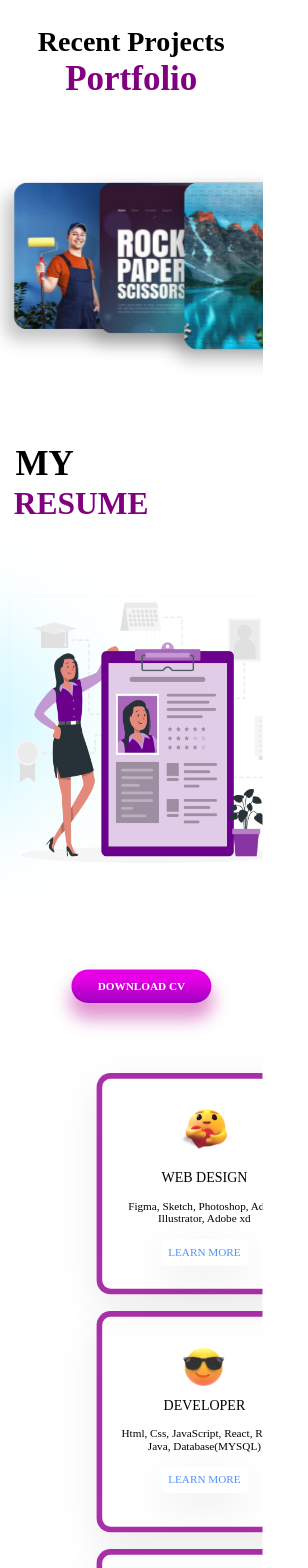
Repository: glorysandy/Protfolio
Page: /
The author's editor kept a copy of each file at every save. The page is drawn from the files as they stood at one save, then again after the next save.
The browser window is 375 px wide. The page is 440 px wide, so the pictures cover 440 px, including what lies to the right of the window. The pictures show the part of the page from y = 4260 to 6500 px (the page is 7423 px tall), at 70% of full size.
Some web fonts or font styles are not loaded; a fallback is used. The project was rebuilt for these pictures with package versions that can differ from the ones it lists, and the page was loaded fresh each time. Imported but missing from the stored project, and not drawn on this page: src/components/Services/SANDHIYA.P (RESUME).pdf.

Above is the page before, as saved 2024-10-17 16:19:54.

### public/index.html
<!DOCTYPE html>
<html lang="en">
  <head>
    <meta charset="utf-8" />
    <link rel="icon" href="%PUBLIC_URL%/favicon.ico" />
    <meta name="viewport" content="width=device-width, initial-scale=1" />
    <meta name="theme-color" content="#000000" />
    <meta
      name="description"
      content="Web site created using create-react-app"
    />
    <style>
      @font-face{
        font-family: Gumela;
        src:url('../src/fonts/*');
      }
      *{
        font-family: 'Gumela';
        font-weight:normal ;
        font-size: 20px;

      }
      body{
        margin: 0;
      }
    </style>
    <link rel="apple-touch-icon" href="%PUBLIC_URL%/logo192.png" />
    <!--
      manifest.json provides metadata used when your web app is installed on a
      user's mobile device or desktop. See https://developers.google.com/web/fundamentals/web-app-manifest/
    -->
    <link rel="manifest" href="%PUBLIC_URL%/manifest.json" />
    <!--
      Notice the use of %PUBLIC_URL% in the tags above.
      It will be replaced with the URL of the `public` folder during the build.
      Only files inside the `public` folder can be referenced from the HTML.

      Unlike "/favicon.ico" or "favicon.ico", "%PUBLIC_URL%/favicon.ico" will
      work correctly both with client-side routing and a non-root public URL.
      Learn how to configure a non-root public URL by running `npm run build`.
    -->
    <title>React App</title>
  </head>
  <body>
    <noscript>You need to enable JavaScript to run this app.</noscript>
    <div id="root"></div>
    <!--
      This HTML file is a template.
      If you open it directly in the browser, you will see an empty page.

      You can add webfonts, meta tags, or analytics to this file.
      The build step will place the bundled scripts into the <body> tag.

      To begin the development, run `npm start` or `yarn start`.
      To create a production bundle, use `npm run build` or `yarn build`.
    -->
  </body>
</html>

### src/components/Navbar/Navbar.jsx
import React from "react";
import Toggle from "../Toggle/Toggle";
import "./Navbar.css";
import { Link } from "react-scroll";
const navbar = () => {
  return (
    <div className="n-wrapper" id="Navbar">
      {/* left */}
      <div className="n-left">
        <div className="n-name">MODE</div>
        <Toggle />
      </div>
      {/* right */}
      <div className="n-right">
        <div className="n-list">
          <ul style={{ listStyleType: "none" }}>
            <li>
              <Link activeClass="active" to="Navbar" spy={true} smooth={true}>
                HOME
              </Link>
            </li>
            <li>
              <Link to="testimonial" spy={true} smooth={true}>
                ABOUT
              </Link>
            </li>
            <li>
              <Link to="works" spy={true} smooth={true}>
                SKILLS
              </Link>
            </li>
            <li>
              <Link to="portfolio" spy={true} smooth={true}>
                PROJECTS
              </Link>
            </li>
            <li>
              <Link to=" services" spy={true} smooth={true}>
                RESUME
              </Link>
            </li>
          </ul>
        </div>
        <Link to="contact" spy={true} smooth={true}>
        <button className="button n-button">CONTACT</button>
        </Link>
      </div>
    </div>
  );
};

export default navbar;

### src/components/Testimonials/Testimonial.jsx
import React from "react";
import "./Testimonial.css";
import back from  "../../img/Hand coding-rafiki.png";
import { width } from "@fortawesome/free-brands-svg-icons/fa42Group";
const Testimonial = () => {

  return (
    <div className="t-wrapper" id="testimonial">
      <div className="t-heading" style={{marginLeft:"95vh" ,marginTop:"35vh"}}>
        <span>ABOUT </span>
        <span>ME </span>
      <div className="blur t-blur1" style={{ background: "var(--purple)" }}></div>
      <div className="blur t-blur2" style={{ background: "skyblue" }}></div>
      <div className="blur t-blur3" style={{ background: "voilet" }}></div>
       <div className="t-back"  >
       <img
          src={back}
          alt=""
        />
</div> <div className="t-sen" style={{fontSize:"1.6rem",fontWeight: "7rem",  position: "absolute", marginTop: "-100vh" ,marginLeft: "-48px",marginRight: "18px"
}}> <span>As a Full Stack Developer with 4 months of experience, I've   successfully completed 10+ projects , leveraging Front-end:  HTML/CSS (structure, styling), JavaScript , React (frameworks) ,Bootstrap, Material-UI (UI libraries), Responsive web design, Git (version control)
, Back-end:java (programming language),Database management ( MySQL). I've developed my soft skills like Team collaboration , Adaptability, Time management .I've enhanced code quality, implemented authentication   and authorization
,  Developed and integrated new features
. I'm eager to continue expanding my expertise in full-stack development, exploring emerging technologies, and delivering high-quality solutions.</span></div> </div>

<div className="head"> <span> ABOUT ME</span></div>

    <div className="dup">
    <span>As a Full Stack Developer with 4 months of experience, I've   successfully completed 10+ projects , leveraging Front-end:  HTML/CSS (structure, styling), JavaScript , React (frameworks) ,Bootstrap, Material-UI (UI libraries), Responsive web design, Git (version control)
, Back-end:java (programming language),Database management ( MySQL). I've developed my soft skills like Team collaboration , Adaptability, Time management .I've enhanced code quality, implemented authentication   and authorization
,  Developed and integrated new features
. I'm eager to continue expanding my expertise in full-stack development, exploring emerging technologies, and delivering high-quality solutions.</span>


      </div>

       </div>

  );
};

export default Testimonial;

### src/components/Experience/Experience.jsx
import React, { useContext } from "react";
import { themeContext } from "../../Context";
import "./Experience.css";
const Experience = () => {
  const theme = useContext(themeContext);
  const darkMode = theme.state.darkMode;

  return (
    <div className="experience" id='experience'>
      <div className="achievement">
        {/* darkMode */}
        <div className="circle" style={{color: darkMode?'var(--orange)':''}}>4+</div>
        <span  style={{color: darkMode?'white':''}}>months </span>
        <span>Experience</span>
      </div>
      <div className="achievement">
        <div className="circle" style={{color: darkMode?'var(--orange)':''}}>10+</div>
        <span  style={{color: darkMode?'white':''}}>completed </span>
        <span>Projects</span>
      </div>
    </div>
  );
};

export default Experience;

### src/components/Portfolio/Portfolio.jsx
import React, { useContext } from "react";
import "./Portfolio.css";
import { Swiper, SwiperSlide } from "swiper/react"
import "swiper/css";
import pro from "../../img/pro 1 copy.jpg";
import pro2 from "../../img/pro2.jpg";
import HOC from "../../img/hoc.png";
import pro3 from "../../img/pro3.jpg";
import { themeContext } from "../../Context";

const Portfolio = () => {
  const theme = useContext(themeContext);
  const config ={
    social:{
      pro1:'https://project-1-nerolac.vercel.app/',
      pro2:'https://rock-paper-scissors-phi-puce.vercel.app/',
      pro3:'https://sliding-puzzle-jade.vercel.app/',
    }
}

  const darkMode = theme.state.darkMode;
  return (
    <div className="portfolio" id="portfolio">
            <div className="blur t-blur2" style={{ background: "skyblue" }}></div>
      <div className="blur t-blur2" style={{ background: "voilet" }}></div>

      {/* heading */}
      <span style={{color: darkMode?'white': ''}}>Recent Projects</span>
      <span>Portfolio</span>



      {/* slider */}
      <Swiper
        spaceBetween={30}
        slidesPerView={3}
        grabCursor={true}
        className="portfolio-slider"
      ><div className="silde">


        <SwiperSlide>
          <div >
       <a href={config.social.pro1}  ><img src={pro} alt="" /></a>
          </div>
        </SwiperSlide>
        <SwiperSlide>
          <div>
          <a href={config.social.pro2}  ><img src={pro2} alt="" /></a>
          </div>
        </SwiperSlide>
        <SwiperSlide>
        <div>
        <a href={config.social.pro3}  ><img src={pro3} alt="" /></a>
        </div>
        </SwiperSlide>
        <SwiperSlide>
          <div>

          </div>
          <img src={HOC} alt="" />
        </SwiperSlide></div>
      </Swiper>

    </div>
  );
};

export default Portfolio;

### src/components/Contact/Contact.jsx
import React, { useContext, useRef, useState } from "react";
import "./Contact.css";
import emailjs from '@emailjs/browser';
import { themeContext } from "../../Context";

const Contact = () => {
  const theme = useContext(themeContext);
  const darkMode = theme.state.darkMode;
  const form = useRef();
  const [done, setDone] = useState(false)
  const sendEmail = (e) => {
    e.preventDefault();

    emailjs
      .sendForm(
        "service_y60teja",
        "template_4kj4n7i",
        form.current,
        "ORKOyUiaYznGkr2zZ"
      )
      .then(
        (result) => {
          console.log(result.text);
          setDone(true);


        },
        (error) => {
          console.log(error.text);
        }
      );
  };

  return (
    <div className="contact-form" id="contact">
      {/* left side copy and paste from work section */}

      <div className="w-left">
        <div className="awesome">
          {/* darkMode */}
          <span style={{color: darkMode?'white': ''}}>Get in Touch</span>
          <span style={{color:"purple"}}>Contact me</span>
          <div
            className="blur s-blur1"
            style={{ background: "#ABF1FF94" }}
          ></div>
        </div>
      </div>
      {/* right side form */}
      <div className="c-right">
      <form ref={form}  onSubmit={sendEmail}>
          <input type="text" name="user_name" className="user"  placeholder="NAME"/>
          <input type="email" name="user_email" className="user" placeholder="EMAIL"/>
          <textarea name="message" className="user" placeholder="MESSAGE"/>
          <input  type="submit" value="Send" className="button"/>
          <span  className="c-t">{done && "Thanks for Contacting me"}</span>  </form>
          <div
            className="blur c-blur1"
            style={{ background: "var(--purple)" }}
          ></div>


      </div>
      </div>

  );
};

export default Contact;

### src/components/Footer/Footer.jsx
import React from "react";
import "./Footer.css";
import Git from "../../img/git3.png";
import ins from "../../img/mylink.png";
import end from "../../img/end.png";
import wave2 from "../../img/AdobeStock_559187959 copy.png";
import { width } from "@fortawesome/free-brands-svg-icons/fa42Group";
const Footer = () => {

  const config ={
    social:{
      Github:'https://github.com/glorysandy',
      LinkedIn:'https://www.linkedin.com/in/sandhiya-parasuraman-822719298/',

    }
}


  return (
    <div className="footer">
     <img src={wave2} alt="" style={{ width: "100%", height: "80%",  marginTop:"-2vh"}} />

     <div className="blur t-blur1" style={{ background: "var(--purple)" }}></div>
      <div className="blur t-blur2" style={{ background: "var(--purple)" }}></div>
      <div className="f-content"  >
        <div>        <span > EMAIL ID: samuve0842@gmail.com</span> <br></br> <br></br> <br></br>
        <span>PHONE NO: 9043545860</span>
        </div>
        <div className="f-back"  >
       <img
          src={end}
          alt=""
        />
        </div>

        <div className="f-icons" >

          <a href={config.social.LinkedIn} ><img src={ins} alt="" /></a>
          <a href={config.social.Github}><img src={Git} alt=""/></a>
        </div>

      </div>
      </div>
  );
};

export default Footer;

### src/components/Toggle/Toggle.jsx
import React, { useContext } from "react";
import "./Toggle.css";
import Moon from "@iconscout/react-unicons/icons/uil-moon";
import Sun from "@iconscout/react-unicons/icons/uil-sun";
import { themeContext } from "../../Context";

const Toggle = () => {
  const theme = useContext(themeContext);
  const darkMode = theme.state.darkMode;
  const handleClick = () => {
    // debugger
    theme.dispatch({ type: "toggle" });
  };
  return (
    <div className="toggle" onClick={handleClick}>
      <Moon />
      <Sun />
      {/*                              toggle.css mein left ki property aik assign hy ussy delete
                                          krna hy pehly */}
      <div
        className="t-button"
        style={darkMode ? { left: "2px" } : { right: "2px" }}
      ></div>
    </div>
  );
};

export default Toggle;

### src/components/Navbar/Navbar.css
.n-wrapper {
  height: 10vh;
  display: flex;
  justify-content: space-between;
  margin-bottom: 2rem;
  top: 0;
}
.n-left {
  flex: 1;
  align-items: center;
  justify-content: left;
  display: flex;
  gap: 2rem;

}
.n-name {
  font-size: 1.3rem;
  font-weight: bold;
}
.n-right {
  flex: 1;
  display: flex;
  align-items: center;
  justify-content: flex-end;
  font-weight: 400;

}
.n-right :hover{
  color: rgb(165, 0, 137);


}
.n-list {
  flex: 10;
}
.n-list > ul {
  display: flex;
  gap: 2rem;
  margin-right: 4rem;
}

.n-list > ul :hover {
  color: var(--orange);
  cursor: pointer;


}

.n-button {
  flex: 2;

}

@media screen and (max-width: 480px) {
  .n-list {
    display: none;
  }
}

### src/components/Intro/Intro.css
.Intro {
  display: flex;
  height: 77vh;
  margin-top: 6rem;
}

/* left side styling */
.i-left {
  display: flex;
  position: relative;
  flex: 1;
  flex-direction: column;
  gap: 2rem;
}
.i-name {
  display: flex;
  flex-direction: column;
  gap: 0.25rem;
}
.i-name > :nth-child(1) {
  color: rgb(243, 188, 6);
  font-weight: bold;
  font-size: 3rem;
}
.i-name > :nth-child(2) {
  color: rgb(136, 7, 136);

  font-weight: bold;
  font-size: 2.9rem;
}
.i-name > :nth-child(3) {
  font-weight: 100;
  font-size: 17px;
  color: var(--gray);
  margin-top: 10px;
}
.i-button {
  width: 6rem;
  height: 2rem;

}
.i-button:hover{
  color: rgb(121, 1, 101);
  background-color: rgb(226, 80, 255);
  box-shadow: 0 0 20px rgb(255, 53, 238);

}
.i-icons {
  margin-top: 3rem;
  display: flex;
  gap: 0rem;
}
.i-icons > * {
  transform: scale(0.5);
}
.i-icons > *:hover {
  cursor: pointer;
  color: rgb(121, 1, 101);
  background-color: rgb(226, 80, 255);
  box-shadow: 0 0 20px rgb(255, 53, 238);


}
/* right side styling */
.i-right {
  flex: 1;
  position: relative;
}
.i-right > * {
  position: absolute;
  z-index: 1;
}
.i-right > :nth-child(1) {
  transform: scale(0.69);
  left: -15%;
  top: -9%;
}
.i-right > :nth-child(2) {
  top: -4.6rem;
  transform: scale(0.67);
  left: -3rem;
}
.i-right > :nth-child(3) {
  transform: scale(1.4);
  width: 18rem;
  height: 18rem;
  left: 28%;
}
.i-right > :nth-child(4) {
  transform: scale(0.62);
  top: -19%;
  left: -24%;
  border-radius: 50%;
  padding: 0;
}

/* blur */
.blur {
  position: absolute;
  width: 22rem;
  height: 14rem;
  border-radius: 50%;
  background: #edd0ff;
  filter: blur(212px);
  z-index: -9;
  top: -18%;
  left: 56%;
  filter: blur(72px);
}

@media screen and (max-width: 480px) {
  .Intro {
    flex-direction: column;
    gap: 7rem;
    height: 43rem;
  }

  .i-right {
    transform: scale(0.8);
    left: -3rem;
  }
  .i-right .blur {
    display: none;
  }
  .floating-div:nth-of-type(1){
    /* display: none; */
    top: -7rem !important;;
  }
}

### src/components/Testimonials/Testimonial.css
.t-wrapper{
    padding:  0 3rem 0 3rem;;
    height: 100vh;
    display: flex;
    align-items: center;
    justify-content: center;
    margin-top: 7rem;
    flex-direction: column;
    gap: 2rem;
    position: relative;


}
.t-heading{
    align-self: start;

}
.t-heading>*{
    font-size: 2rem;
    font-weight: bold;

}
.t-heading span:nth-of-type(2){
    color: rgba(170, 0, 170, 0.733);
}
.head{
    margin-left: -90vh;
    margin-top: -1rem;
    font-size: 20vh;
    color: purple;
    font-weight: bold;
    display: none;
}
.t-blur1{
    left: 38rem;
    top: 16rem;
}
.t-blur2{
    top: 9rem;
    left: 0;
}
.t-back{
    display: flex;
    position: relative;
    width: 35rem;
    height:35rem;
    left:-115vh;
    top:-3rem;
}
.t-sen{
font-size:1.6rem;
}
.t-sen:hover{
cursor: pointer;
color: rgb(121, 1, 101);
box-shadow: 0 0 20px rgb(255, 53, 238);
padding: 0.7rem;
border-radius: 5px;
}
.dup{
    display: none;

}
.dup{
    cursor: pointer;
    color: rgb(121, 1, 101);
    box-shadow: 0 0 20px rgb(255, 53, 238);
    padding: 0.7rem;
    border-radius: 5px;

}
@media screen and (max-width: 480px) {

    .t-back{
        flex-direction: column;
        transform: scale(0.6);
        margin-left:  -115px;
        gap:5rem;
        height: 64rem;
        margin-top: -70vh;
        position: relative;
        display: none;
    }
    .head{
        margin-top: 2rem;
        padding: 1rem;
        display: flex;
        margin-left: -20px;
    font-size: 20rem;
    font-weight: bolder;
    }
    .dup  {

        display: flex;
        margin-top: 1px;
        transform: scale(0.8);
        border: 5px solid purple;
        color: black;
        width: 340px;
        justify-content: start;
    }
    .c-t{
        transform: scale(0.7);
        margin-top: -2rem;
    }
}

### src/components/Experience/Experience.css
.experience {
  display: flex;
  align-items: center;
  justify-content: center;
  gap: 5rem;
  height: 30vh;
  margin-bottom: 8rem;
  /* darkmode */
  color: var(--black);
  margin-top: 15vh;
}
.achievement{
    display: flex;
    flex-direction: column;
    align-items: center;
}
.circle {

    width: 4rem;
    height: 4rem;
    background: white;
    border-radius: 100%;
    position: relative;
    display: flex;
    align-items: center;
    justify-content: center;
    font-size: 1.5rem;
    font-weight: bold;
    margin-bottom: 2rem;
}
.circle::before {
    border-radius: 100%;
    content: '';
    background-image: linear-gradient(to bottom, #87e6fb 0%, #ffc05c 100%);
    top: -8px;
    left: -8px;
    bottom: -8px;
    right: -8px;
    position: absolute;
    z-index:-1;
    box-shadow: var(--boxShadow);
}

.achievement span:nth-of-type(2){
    color: var(--orange);
}


@media screen and (max-width: 480px) {
    .experience{
        transform: scale(0.7);
        margin-top: 8rem;
    }
}

### src/components/Works/Works.css
.works {
  padding: 0 3rem 0 3rem;
  display: flex;
  height: 90vh;
  margin-top: -3rem;

  /* scroll */
  align-items: center;
}
/* left side */
.awesome {
  display: flex;
  flex-direction: column;
  position: relative;
}
.tex:hover{
cursor: pointer;
color: rgb(121, 1, 101);
box-shadow: 0 0 20px rgba(255, 147, 246, 0.89);
background-color: rgba(204, 0, 245, 0.068);
padding: 2.2rem;
}
.k-button {

  width: 8rem;
  height: 2rem;
  top: 4rem;
}

/* right side */
.w-right {
  position: relative;
}

.w-mainCircle {
  left: 9rem;
  position: relative;
  width: 18rem;
  height: 18rem;
  border-radius: 100%;
  box-shadow: var(--smboxShadow);
  top: 2rem;
  background: white;
  /* darkMode */
  z-index: 2;
}
.w-mainCircle > * {
  position: absolute;
}
.w-mainCircle > :nth-child(1) {
  top: -3rem;
  left: 6rem;
}
.w-mainCircle > :nth-child(2) {
  left: -3rem;
  top: 5rem;
}
.w-mainCircle > :nth-child(3) {
  left: 6rem;
  top: 5rem;
}
.w-mainCircle > :nth-child(4) {
  left: 15rem;
  top: 5rem;
}
.w-mainCircle > :nth-child(5) {
  left: 6rem;
  top: 13rem;
}
.w-secCircle {
  width: 6.5rem;
  height: 6.5rem;
  position: absolute;
  border-radius: 100%;
  border: 5px solid #ebebeb;
  display: flex;
  align-items: center;
  justify-content: center;
  background: "none";
  box-shadow: var(--smboxShadow);
  background: white;
}

.w-secCircle > img {
  transform: scale(0.6);
}

.w-backCircle {
  position: absolute;
  height: 13rem;
  width: 13rem;
  border-radius: 100%;
  /* darkMode */
  z-index: 1;
}
.blueCircle {
  background: #1949b8;
  left: 18rem;
  top: 0rem;
}
.yellowCircle {
  background: #f5c32c;
  left: 18rem;
  top: 8rem;
}

@media screen and (max-width: 480px) {
  .works {
    flex-direction: column;
  height: 170vh;
    padding: 1rem;
    gap: 5rem;
    position: relative
    ;
    margin-top: -6rem;
  }
  .awesome > :nth-child(2){
    position: relative;
    transform: scale(0.9);

    margin-left: -20px;
  }
 .awesome > :nth-child(3){

  transform: scale(1.0);
font-size: 0.5rem;
display: contents;
margin-left: 5rem;

}
.k-button{
  gap: 1rem;
  margin-top: 2vh;
  margin-left: 1rem;
}
  .w-right {
    display: flex;
    align-items: flex-start;
    justify-content:start;
    transform: scale(0.7);

  }
  .w-mainCircle{
    position: static;
  }
  .w-backCircle{
    left: 8rem!important;
  }

}

### src/components/Portfolio/Portfolio.css
.portfolio {
  display: flex;
  align-items: center;
  justify-content: center;
  flex-direction: column;
  height: 70vh;
margin-top: 3rem;;
}
/* heading */
.portfolio span:nth-of-type(1) {
  color: var(--black);
  font-size: 2rem;
  font-weight: bold;
}

.portfolio span:nth-of-type(2) {
  color: purple;
  font-size: 2.5rem;
  font-weight: bold;
}

/* slider */
.portfolio .swiper{
    overflow: visible!important;
}

.portfolio-slider {
  margin-top: 6rem;
  width: 100%;
}

.portfolio-slider .swiper-slide {
  width: 20rem;
}
.portfolio img {
  width: 19rem;
  filter: drop-shadow(-12px 15px 13px rgba(0, 0, 0, 0.25));
  border-radius: 19px;
}
.slide{
  cursor: pointer;
  background-color: rgb(1, 12, 22);
}
.s-blur2 {
  left: 14rem;
  top: 8rem;
}

.s-blur1 {
  top: 13rem;
  left: -18rem;
}
@media screen and (max-width: 480px) {
  .portfolio{
    margin-top: 50vh;
  }
}

### src/components/Services/Services.css
.services {
  padding: 0 3rem 0 3rem;
  display: flex;
  height: 30rem;
  margin-bottom: 8rem;
  margin-top: 5rem;
  margin-bottom: 13rem;
  /* scroll view */
  padding-top: 3rem;
}
/* left side */
.awesome {
  display: flex;
  flex-direction: column;
  position: relative;
  /* gap: 20px; */
}

.awesome > :nth-child(1) {
  color: var(--black);
  font-size: 2.5rem;
  font-weight: bold;
}
.awesome > :nth-child(2) {
  color: purple;
  font-size: 2.5rem;
  font-weight: bold;
}
.awesome > :nth-child(3) {
  color: var(--gray);
  font-size: 14px;
  margin-top: 1rem;
}
.s-back{
  display: flex;
  position: relative;
  height: 80vh;
  width: 80vh;
  margin-left: -130px;
  margin-top: -3rem;
}

.s-button {
  width: 10rem;
  height: 2.4rem;
  margin-top: -0.3rem;
font-weight: 600;
}
/* right sided */
.cards {
  position: relative;
  left: 32vh;
}
.cards > * {
  position: absolute;
}

/* blur */
.s-blur2 {
  left: 14rem;
  top: 8rem;
}

.s-blur1 {
  top: 13rem;
  left: -18rem;
}

@media screen and (max-width: 480px) {
  .services {
    margin-top: 4rem;
    flex-direction: column;
    gap: 5rem;
    height: 66rem;
    padding: 2px;
  }
.s-back{
  transform: scale(0.8);
  padding: 1rem;
}
  .cards {
    display: flex;
    flex-direction: column;
    gap: 17rem;
    width:260px ;
    justify-content: center;
    margin-left: -;
  }
  .cards > * {
    position: static;
  }
  .s-button{
    justify-content: center;
    margin-left: 4rem;
  }
}

### src/components/Contact/Contact.css
.contact-form{
    padding: 0 3rem 0 3rem;
    display: flex;
    height: 80vh;
    margin-top: 1rem;
      /* scroll */
  padding-top: 3rem;
}


.c-right{
    display: flex;
    justify-content: center;
    position: relative;
    flex: 1;
}

.c-right>form
{
    display: flex;
    flex-direction: column;
    gap: 2rem;
    align-items: center;

}

.c-right .user{
    width: 20rem;
    height: 2rem;
    padding: 0.3em;
    outline: none;
    border: 4px solid purple;
    border-radius: 8px;
    font-size: 16px;

}

.user:hover{
    border: 4px solid purple ;
    background-color: rgb(245, 194, 255);
    box-shadow: 0 0 20px rgb(255, 170, 248);
cursor: pointer;
}
textarea{
    height: 4rem!important;
}

.c-blur1{
    top: 1rem;
    left: 8rem;
}

@media screen and (max-width: 480px) {
    .contact-form{
        padding: 1rem;
        flex-direction: column;
        gap: 5rem;
        height: 40rem;
        margin-top: 20rem;
    }
    .c-right .user{
        width: 16rem;

    }

}   .c-right .button{
    position: static;
}

### src/components/Footer/Footer.css
.footer {
  display: flex;
  align-items: center;
  margin: -0.5rem -3.5rem;
  position: relative;
  margin-top: -7rem;

}

.f-content {
  position: absolute;
  display: flex;
  align-items: center;
  justify-content: center;
  flex-direction: column;
  width: 100%;
  margin-top: 2rem;
  gap: 4rem;
  color: rgb(143, 0, 143);
  font-weight: 700;
  font-size: 10rem;
}
.f-ip{
  display: flex;
  position: relative;
  width: 5rem;
  height:5rem;

}
.f-icons {
  display: flex;
  gap: 2rem;
  margin-top: -3rem;
  margin-left: -60px;
}
.f-icons:hover{
color:rgb(254, 255, 176);
cursor: pointer;
}
.f-back{
  position: absolute;
  margin-left: -120vh;
  margin-top: -6rem;
}
@media screen and (max-width: 480px){
  .footer{
    margin-top: -8rem;
  }
  .f-content{
    transform: scale(.5);
    margin-left: 20px;
    margin-top: -0.5rem;


  }
  .f-back{
    transform: scale(0.65);
   margin-left: -570px;
  }
}

### src/components/Toggle/Toggle.css
.toggle{
    display: flex;
    justify-content:space-between;
    border: 3px solid var(--purple);
    border-radius: 1rem;
    position: relative;
    padding: 2px;
    cursor: pointer;

}
.toggle>*{
    width: 1rem;
    height: 1rem;
    color: purple;
}
.t-button{
    border-radius: 100%;
    background: var(--purple );
    position: absolute;
}
.t-button:hover{
    background: linear-gradient(180deg, #e600e6 26.71%, #9f00be 99.36%);
    box-shadow: 0px 20px 24px 3px rgba(184, 0, 144, 0.42);

}

### src/components/Card/Card.css
.card {
  width: 10rem;
  height: 13rem;
  position: absolute;
  display: flex;
  flex-direction: column;
  gap: 1rem;
  align-items: center;
  width: 10rem;
  text-align: center;
  background: rgba(255, 255, 255, 0.26);
  border: 8px solid rgba(150, 0, 150, 0.815);
  box-shadow: var(--boxShadow);
  border-radius: 20px;
  padding: 0px 26px 2rem 26px;
}
.card span:nth-of-type(2) {
  color: var(--gray);
  font-size: 16px;
}
.card > img {
  transform: scale(0.6);
  margin-bottom: -2rem;
}
.c-button {
    background: #FFFFFF;
    box-shadow: 0px 19px 60px rgba(0, 0, 0, 0.08);
    border-radius: 7px;
    border: none;
    padding: 10px;
    font-size: 16px;
    color: #5290FD;
}

.c-button:hover{
    transform: scale(1.1);
    cursor: pointer;
}
/* cards */




@media screen and (max-width: 480px){
  .card{
    width: 240px;
    margin-left: -140px;
    justify-content: center;
    padding: 1 rem;
  }
}

Loaded but not shown: src/index.js (common file); src/App.js (common file); src/Context.js (common file); src/App.css (common file); src/components/FloatingDiv/FloatingDiv.jsx (common file); src/components/Card/Card.jsx (common file); src/components/FloatingDiv/FloatingDiv.css (common file); src/components/Intro/Intro.jsx (109 lines, source omitted); src/components/Works/Works.jsx (95 lines, source omitted); src/components/Services/Services.jsx (95 lines, source omitted)

After the next save:
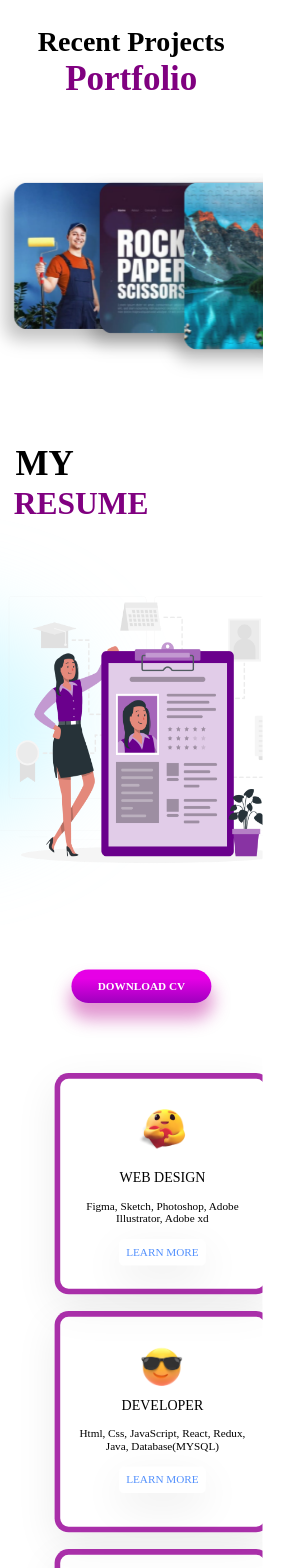
Saved 6 s later.
--- a/src/components/Services/Services.css
+++ b/src/components/Services/Services.css
@@ -84,7 +84,7 @@ font-weight: 600;
     gap: 17rem;
     width:260px ;
     justify-content: center;
-    margin-left: -;
+    margin-left: -3rem;
   }
   .cards > * {
     position: static;
